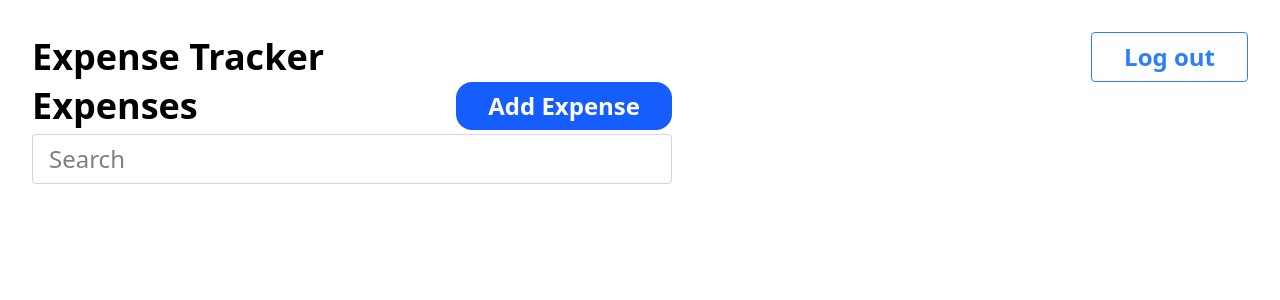
Repository: Syed-Mohsin-Ali786/frontend-expense-tracker
Page: /
An editor plug-in stored every save of this project. The page is shown before and after the next save, followed by the edit.
The browser window is 1280 px wide. The pictures show the whole page.
The project was rebuilt for these pictures with package versions that can differ from the ones it lists, and the page was loaded fresh each time.

Above is the page before, as saved 2025-09-28 14:10:34.

After the next save:
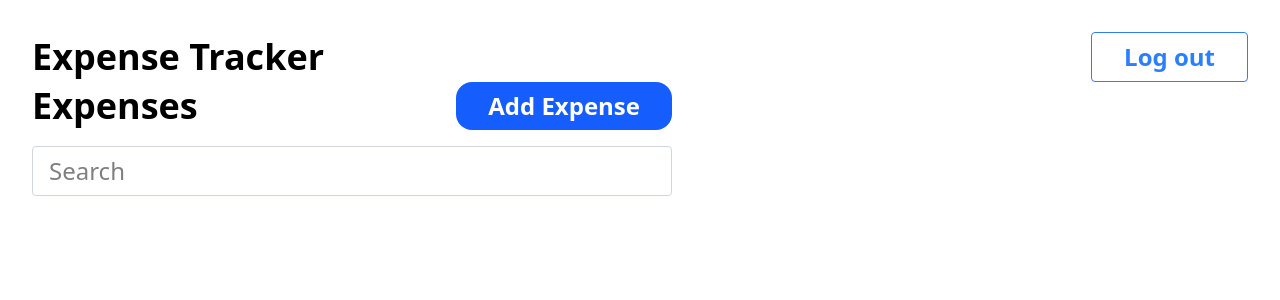
Saved 10 s later.
--- a/src/App.tsx
+++ b/src/App.tsx
@@ -21,7 +21,7 @@ function App() {
             Add Expense
           </button>
           </div>
-          <input type="text" placeholder="Search"  className="py-2 px-4 text-2xl border-gray-300 border rounded mt-1"/>
+          <input type="text" placeholder="Search"  className="py-2 px-4 text-2xl border-gray-300 border rounded mt-4"/>
         </div>
         {/* Charts */}
         <div></div>
